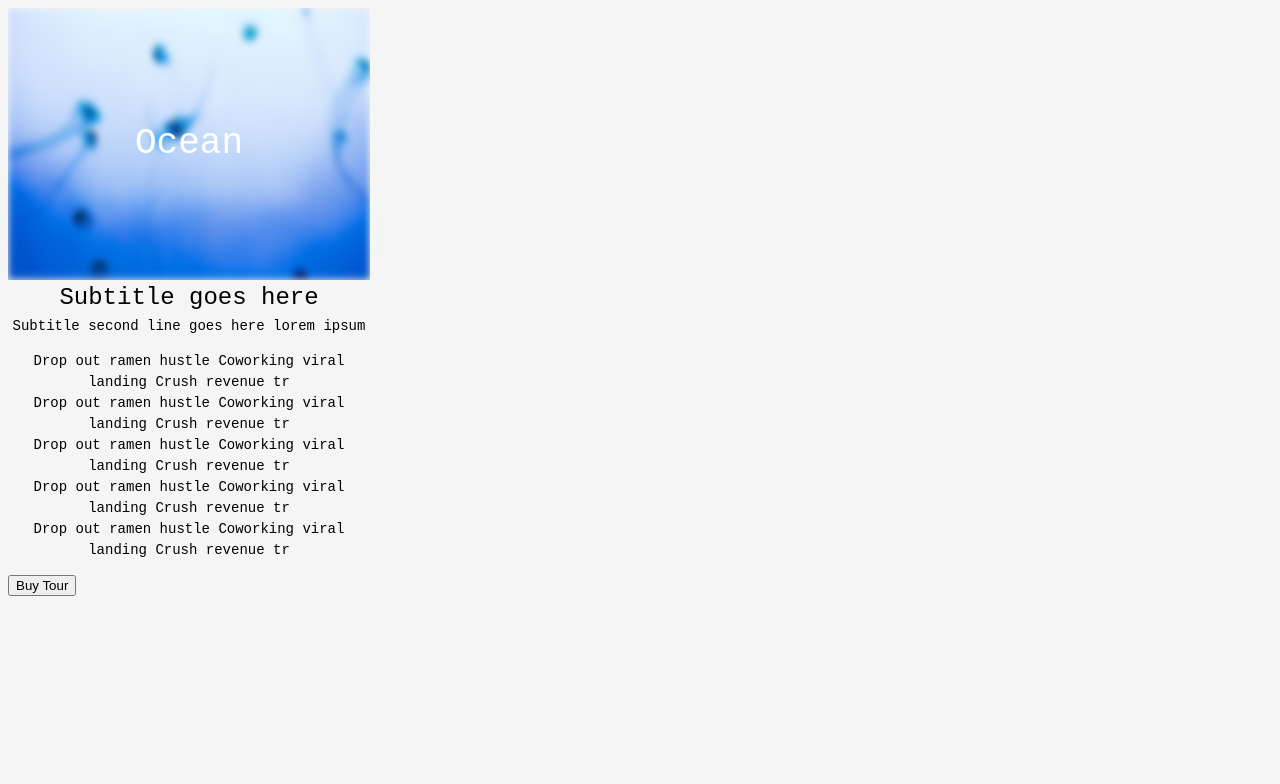
Repository: HoanTiny/pricetable
Page: index.html
The author's editor kept a copy of each file at every save. The page is drawn from the files as they stood at one save, then again after the next save.
The browser window is 1280 px wide. The pictures show the whole page.

Above is the page before, as saved 2022-07-04 10:09:23.

After the next save:
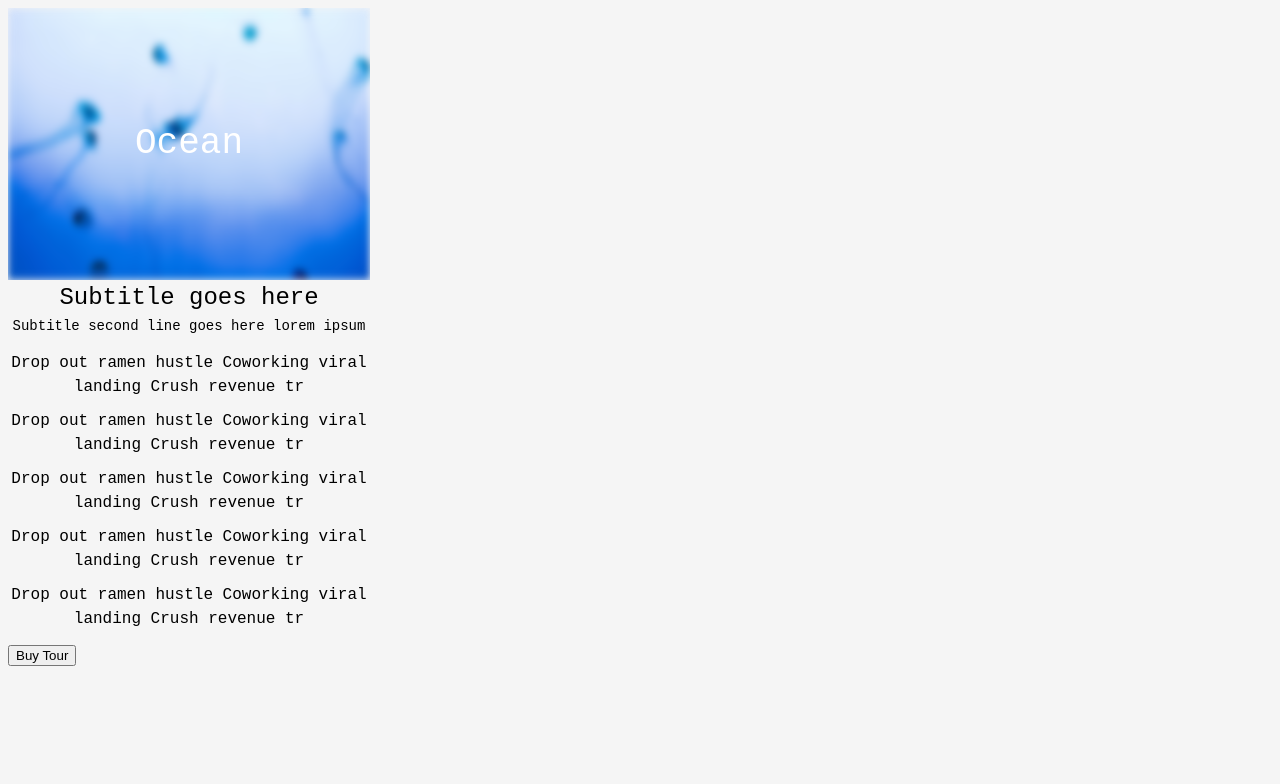
Saved 33 s later.
--- a/assests/css/style.css
+++ b/assests/css/style.css
@@ -56,3 +56,8 @@ img {
     padding-left: 0;
     list-style: none;
 }
+
+.title_list ul li {
+    font-size: 16px;
+    margin-bottom: 10px;
+}
